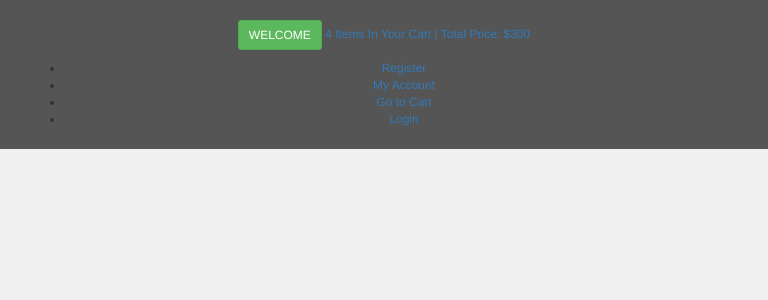
Repository: truonghuynhquy/M_Dev_Store
Page: http://localhost/
These files come from the project's save history. The page is drawn as it stood at one moment and after the next save; the edit follows.
The browser window is 768 px wide. The pictures show the whole page.
The page is run by PHP 8.4 with error messages shown; the project is at /var/www/html/.

Above is the page before, as saved 2022-09-18 20:26:17.

### index.php
<!DOCTYPE html>
<html lang="en">

<head>
    <meta charset="UTF-8">
    <meta http-equiv="X-UA-Compatible" content="IE=edge">
    <meta name="viewport" content="width=device-width, initial-scale=1.0">
    <title>M-Dev Shop</title>
    <link rel="stylesheet" href="styles/bootstrap-337.min.css">
    <link rel="stylesheet" href="styles/style.css">
    <link rel="stylesheet" href="font-awsome/css/font-awesome.min.css">
</head>

<body>
    <div id="top">
        <!--  Top:     Begin  -->

        <div class="container">
            <!--  Container:     Begin  -->
            <div class="col-md-6 offer">
                <!--  col-md-6 offer:     Begin  -->
                <a href="#" class="btn btn-success btn-sm">Welcome</a>
                <a href="checkout.php">4 Items In Your Cart | Total Price: $300</a>
            </div><!--  col-md-6:     Finish  -->

            <div class="col md-6">
                <!--  col-md-6:     Begin  -->

                <ul class="menu">
                    <!--  menu:     Begin  -->
                    <li>
                        <a href="customer_register.php">Register</a>
                    </li>
                    <li>
                        <a href="checkout.php">My Account</a>
                    </li>
                    <li>
                        <a href="cart.php">Go to Cart</a>
                    </li>
                    <li>
                        <a href="checkout.php">Login</a>
                    </li>

                </ul><!--  menu:     Finish  -->

            </div><!--  col-md-6:     Finish  -->

        </div><!--  Container:     Finish  -->

    </div><!--  Top:    Finish  -->



    <script src="js/jquery-331.min.js"></script>
    <script src="js/bootstrap-337.min.js"></script>


</body>

</html>

### styles/style.css
/* Generated Styles */

body {
    font-size: 14px;
    line-height: 1.428571429;
    color: #333333;
    background-color: #f0f0f0;
    overflow: hidden;
}

/* Top Styles */

#top {
    background-color: #555555;
    padding: 10px 0;
}
#top .offer {
    color: #ffffff;
}
#top .offer .btn {
    text-transform: uppercase;
}
@media(max-width:991px) {
    #top .offer {
        padding: 10px;
    }
}
@media(max-width:991px) {
    #top {
        font-size: 12px;
        text-align: center;
    }
}

Loaded but not shown: styles/bootstrap-337.min.css (library); font-awsome/css/font-awesome.min.css (library); js/jquery-331.min.js (library); js/bootstrap-337.min.js (library)

After the next save:
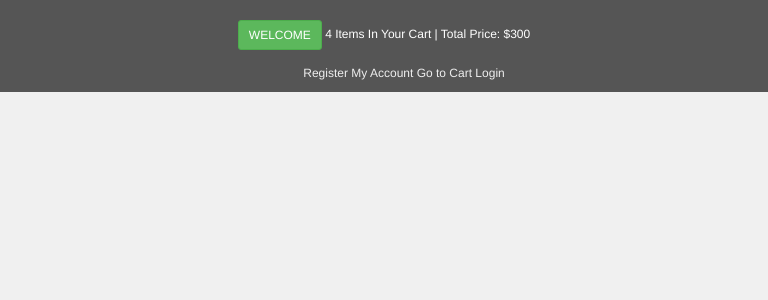
Saved 7 min 39 s later.
--- a/styles/style.css
+++ b/styles/style.css
@@ -31,3 +31,24 @@ body {
         text-align: center;
     }
 }
+#top a{
+    color: #ffffff;
+}
+#top ul.menu{
+    padding-top: 5px;
+    margin: 0px;
+    text-align: right;
+    font-size: 12px;
+    list-style: none;
+}
+@media(max-width:991px) {
+    #top ul.menu{
+        text-align: center;;
+    }
+}
+#top ul.menu > li {
+    display: inline-block;
+}
+#top ul.menu > li a {
+    color: #eeeeee;
+}
